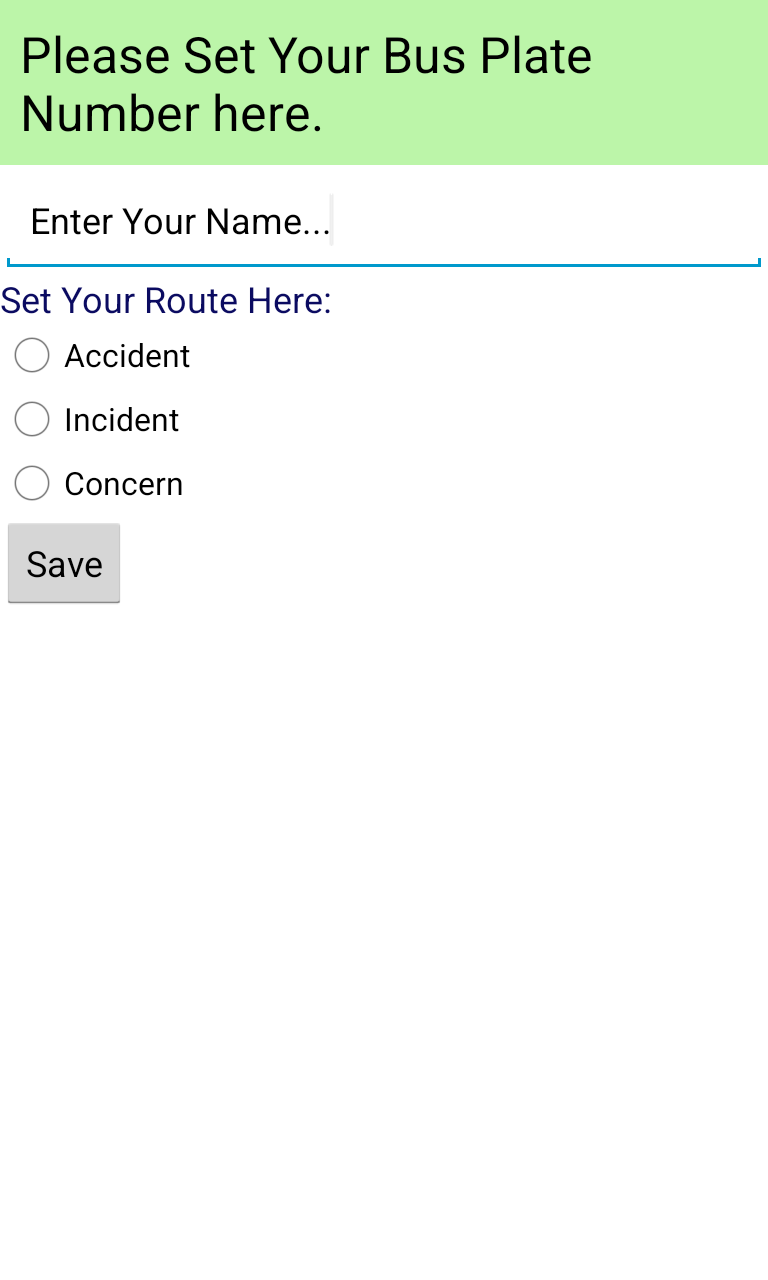
Repository: patheon17/myrepo2
Layout: workspace/UMBusTracker/res/layout/activity_set_plate_num.xml
These files come from the project's save history. The layout is drawn as it stood at one moment and after the next save; the edit follows.
It is drawn on a 768 x 1280 px phone screen (xhdpi) without system bars, with theme AppTheme; the app's code is not run.

Above is the layout before, as saved 2013-10-01 09:49:51.

### workspace/UMBusTracker/res/layout/activity_set_plate_num.xml
<LinearLayout xmlns:android="http://schemas.android.com/apk/res/android"
    xmlns:tools="http://schemas.android.com/tools"
    android:layout_width="match_parent"
    android:layout_height="match_parent"
    android:orientation="vertical"
    tools:context=".MainActivity" >

    <TextView
        android:id="@+id/textView1"
        android:layout_width="wrap_content"
        android:layout_height="wrap_content"
        android:background="@color/appbackground"
        android:padding="10sp"
        android:text="Please Set Your Bus Plate Number here."
        android:textAppearance="?android:attr/textAppearanceLarge"
        android:textSize="25sp" />

    <EditText
        android:id="@+id/editText1"
        android:layout_width="match_parent"
        android:layout_height="wrap_content"
        android:ems="10"
        android:text="Enter Your Name..."
        android:padding="15sp" >

        <requestFocus />
    </EditText>

    <TextView
        android:id="@+id/textView2"
        android:layout_width="wrap_content"
        android:layout_height="wrap_content"
        android:margin_top="20sp"
        android:text="Set Your Route Here:"
        android:textAppearance="?android:attr/textAppearanceMedium"
        android:textColor="#0B0B61" />

    <RadioGroup
        android:layout_width="fill_parent"
        android:layout_height="wrap_content" >

        <RadioButton
            android:id="@+id/radioButtonaccident"
            android:layout_width="wrap_content"
            android:layout_height="wrap_content"
            android:text="Accident" />

        <RadioButton
            android:id="@+id/radioButtonincident"
            android:layout_width="wrap_content"
            android:layout_height="wrap_content"
            android:text="Incident" />

        <RadioButton
            android:id="@+id/radioButtonconcern"
            android:layout_width="wrap_content"
            android:layout_height="wrap_content"
            android:text="Concern" />
    </RadioGroup>

    <Button
        android:id="@+id/button1"
        android:layout_width="wrap_content"
        android:layout_height="wrap_content"
        android:text="Save" />

</LinearLayout>

### workspace/UMBusTracker/res/values/styles.xml
<resources>

    <!--
        Base application theme, dependent on API level. This theme is replaced
        by AppBaseTheme from res/values-vXX/styles.xml on newer devices.
    -->
    <style name="AppBaseTheme" parent="android:Theme.Light">
        <!--
            Theme customizations available in newer API levels can go in
            res/values-vXX/styles.xml, while customizations related to
            backward-compatibility can go here.
        -->
    </style>

    <!-- Application theme. -->
    <style name="AppTheme" parent="AppBaseTheme">
        <!-- All customizations that are NOT specific to a particular API-level can go here. -->
    </style>
    <color name="appbackground">#BCF5A9</color>

</resources>

Loaded but not shown: workspace/UMBusTracker/res/values-v11/styles.xml (common file); workspace/UMBusTracker/res/values-v14/styles.xml (common file)

After the next save:
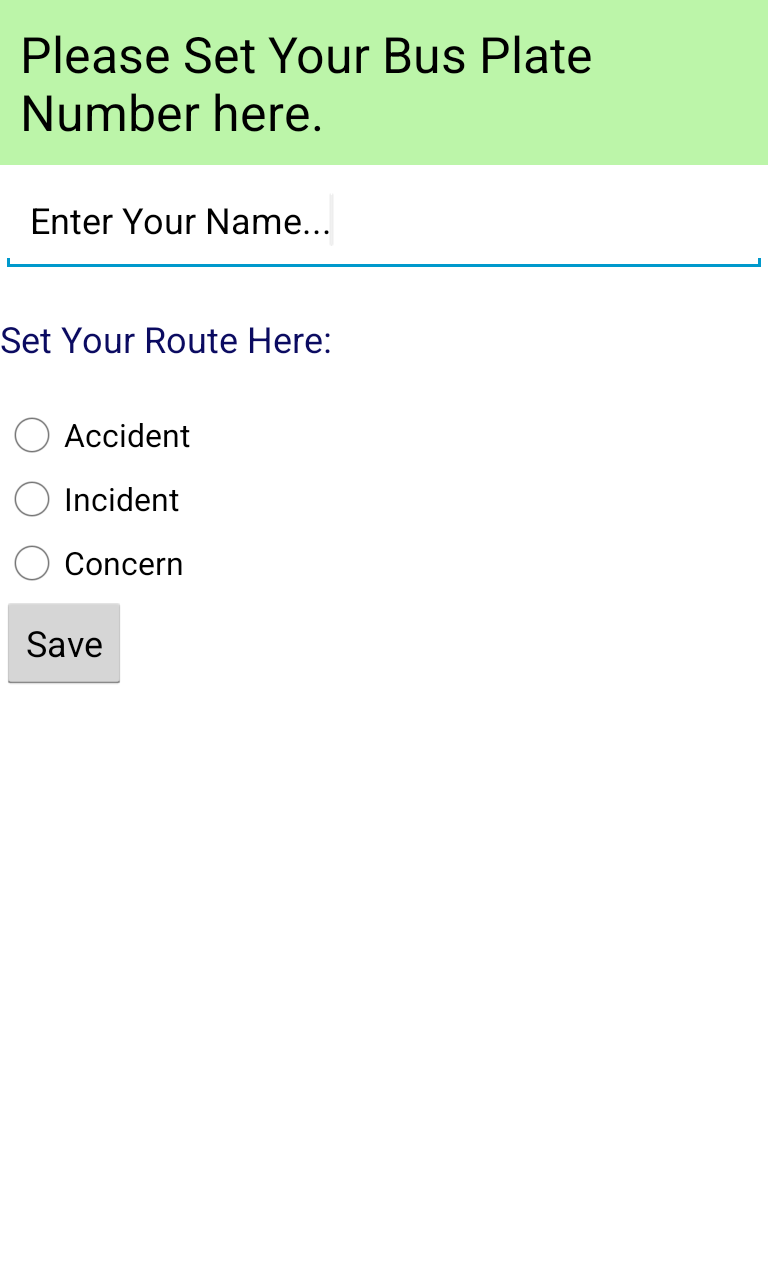
Saved 53 s later.
--- a/workspace/UMBusTracker/res/layout/activity_set_plate_num.xml
+++ b/workspace/UMBusTracker/res/layout/activity_set_plate_num.xml
@@ -30,7 +30,8 @@
         android:id="@+id/textView2"
         android:layout_width="wrap_content"
         android:layout_height="wrap_content"
-        android:margin_top="20sp"
+         android:layout_marginTop="20sp"
+          android:layout_marginBottom="20sp"
         android:text="Set Your Route Here:"
         android:textAppearance="?android:attr/textAppearanceMedium"
         android:textColor="#0B0B61" />
